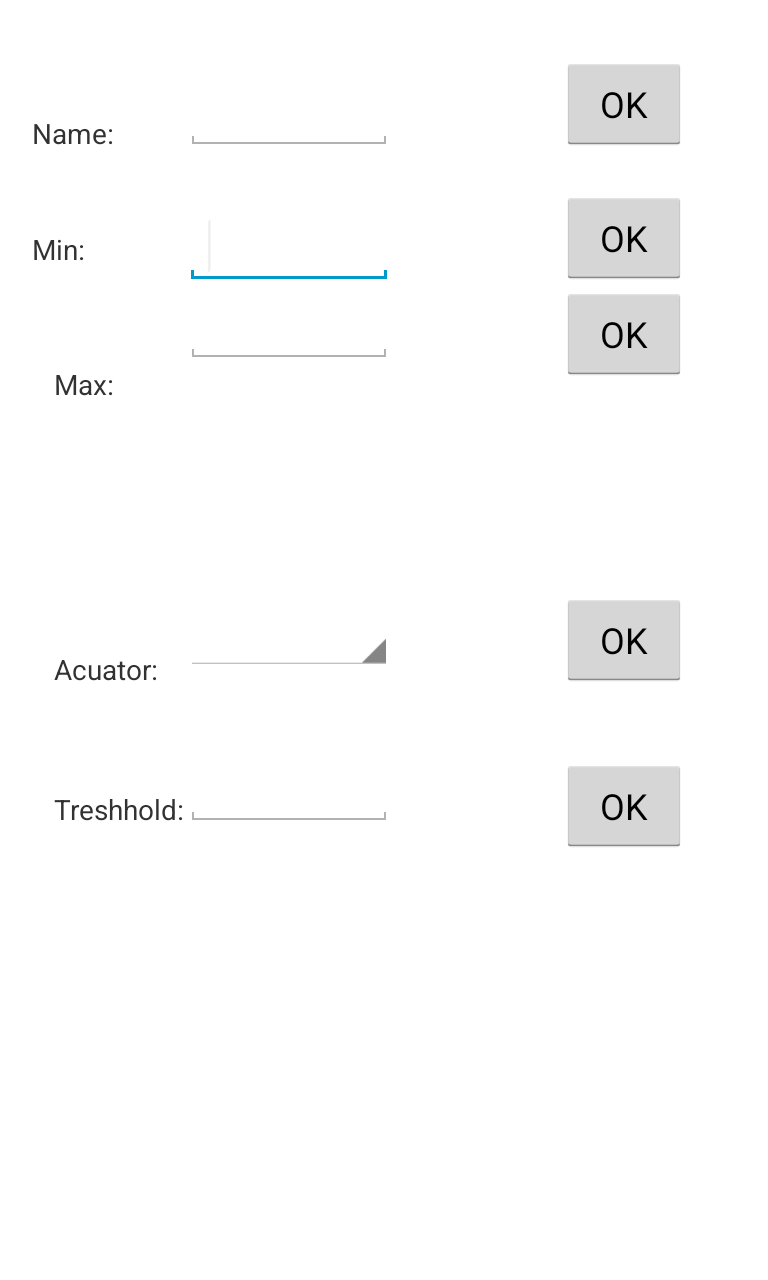
Repository: CTIS-SP-Team5/greenAgent
Layout: Android/GreenAgent/GreenAgent/res/layout/activity_view_setting.xml
The author's editor kept a copy of each file at every save. The layout is drawn from the files as they stood at one save, then again after the next save.
It is drawn on a 768 x 1280 px phone screen (xhdpi) without system bars, with theme AppTheme; the app's code is not run.

Above is the layout before, as saved 2014-05-05 18:12:28.

### Android/GreenAgent/GreenAgent/res/layout/activity_view_setting.xml
<RelativeLayout xmlns:android="http://schemas.android.com/apk/res/android"
    xmlns:tools="http://schemas.android.com/tools"
    android:layout_width="match_parent"
    android:layout_height="match_parent"
    android:paddingBottom="@dimen/activity_vertical_margin"
    android:paddingLeft="@dimen/activity_horizontal_margin"
    android:paddingRight="@dimen/activity_horizontal_margin"
    android:paddingTop="@dimen/activity_vertical_margin"
    tools:context=".ViewSettingActivity" >

    <TextView
        android:id="@+id/textView1"
        android:layout_width="wrap_content"
        android:layout_height="wrap_content"
        android:layout_alignLeft="@+id/textView2"
        android:layout_below="@+id/textView2"
        android:layout_marginTop="39dp"
        android:text="Min:" />

    <TextView
        android:id="@+id/textView2"
        android:layout_width="wrap_content"
        android:layout_height="wrap_content"
        android:layout_alignParentTop="true"
        android:layout_marginTop="41dp"
        android:text="Name:" />

    <EditText
        android:id="@+id/editText1"
        android:layout_width="wrap_content"
        android:layout_height="wrap_content"
        android:layout_alignBottom="@+id/textView2"
        android:layout_toRightOf="@+id/textView5"
        android:ems="5" />

    <EditText
        android:id="@+id/editText2"
        android:layout_width="wrap_content"
        android:layout_height="wrap_content"
        android:layout_alignBaseline="@+id/textView1"
        android:layout_alignBottom="@+id/textView1"
        android:layout_alignLeft="@+id/editText1"
        android:ems="5" >

        <requestFocus />
    </EditText>

    <Spinner
        android:id="@+id/spinner1"
        android:layout_width="wrap_content"
        android:layout_height="wrap_content"
        android:layout_alignLeft="@+id/editText5"
        android:layout_alignRight="@+id/editText5"
        android:layout_centerVertical="true" />

    <Button
        android:id="@+id/button2"
        android:layout_width="wrap_content"
        android:layout_height="wrap_content"
        android:layout_alignBottom="@+id/editText2"
        android:layout_alignLeft="@+id/button1"
        android:text="OK" />

    <Button
        android:id="@+id/button1"
        android:layout_width="wrap_content"
        android:layout_height="wrap_content"
        android:layout_alignBottom="@+id/editText1"
        android:layout_alignParentRight="true"
        android:layout_marginRight="24dp"
        android:text="OK" />

    <Button
        android:id="@+id/button5"
        android:layout_width="wrap_content"
        android:layout_height="wrap_content"
        android:layout_alignBaseline="@+id/textView5"
        android:layout_alignBottom="@+id/textView5"
        android:layout_alignLeft="@+id/button4"
        android:text="OK" />

    <Button
        android:id="@+id/button4"
        android:layout_width="wrap_content"
        android:layout_height="wrap_content"
        android:layout_alignLeft="@+id/button3"
        android:layout_centerVertical="true"
        android:text="OK" />

    <EditText
        android:id="@+id/editText5"
        android:layout_width="wrap_content"
        android:layout_height="wrap_content"
        android:layout_alignBottom="@+id/textView5"
        android:layout_alignLeft="@+id/editText3"
        android:ems="5" />

    <TextView
        android:id="@+id/textView4"
        android:layout_width="wrap_content"
        android:layout_height="wrap_content"
        android:layout_alignBottom="@+id/button4"
        android:layout_alignLeft="@+id/textView3"
        android:text="Acuator:" />

    <TextView
        android:id="@+id/textView5"
        android:layout_width="wrap_content"
        android:layout_height="wrap_content"
        android:layout_alignLeft="@+id/textView4"
        android:layout_below="@+id/spinner1"
        android:layout_marginTop="59dp"
        android:text="Treshhold:" />

    <EditText
        android:id="@+id/editText3"
        android:layout_width="wrap_content"
        android:layout_height="wrap_content"
        android:layout_alignLeft="@+id/editText2"
        android:layout_below="@+id/editText2"
        android:ems="5" />

    <Button
        android:id="@+id/button3"
        android:layout_width="wrap_content"
        android:layout_height="wrap_content"
        android:layout_alignLeft="@+id/button2"
        android:layout_below="@+id/button2"
        android:text="OK" />

    <TextView
        android:id="@+id/textView3"
        android:layout_width="wrap_content"
        android:layout_height="wrap_content"
        android:layout_alignRight="@+id/textView2"
        android:layout_below="@+id/editText3"
        android:text="Max:" />

</RelativeLayout>

Loaded but not shown: Android/GreenAgent/GreenAgent/res/values/styles.xml (common file); Android/GreenAgent/GreenAgent/res/values-v11/styles.xml (common file); Android/GreenAgent/GreenAgent/res/values-v14/styles.xml (common file); Android/GreenAgent/GreenAgent/res/values/dimens.xml (common file)

After the next save:
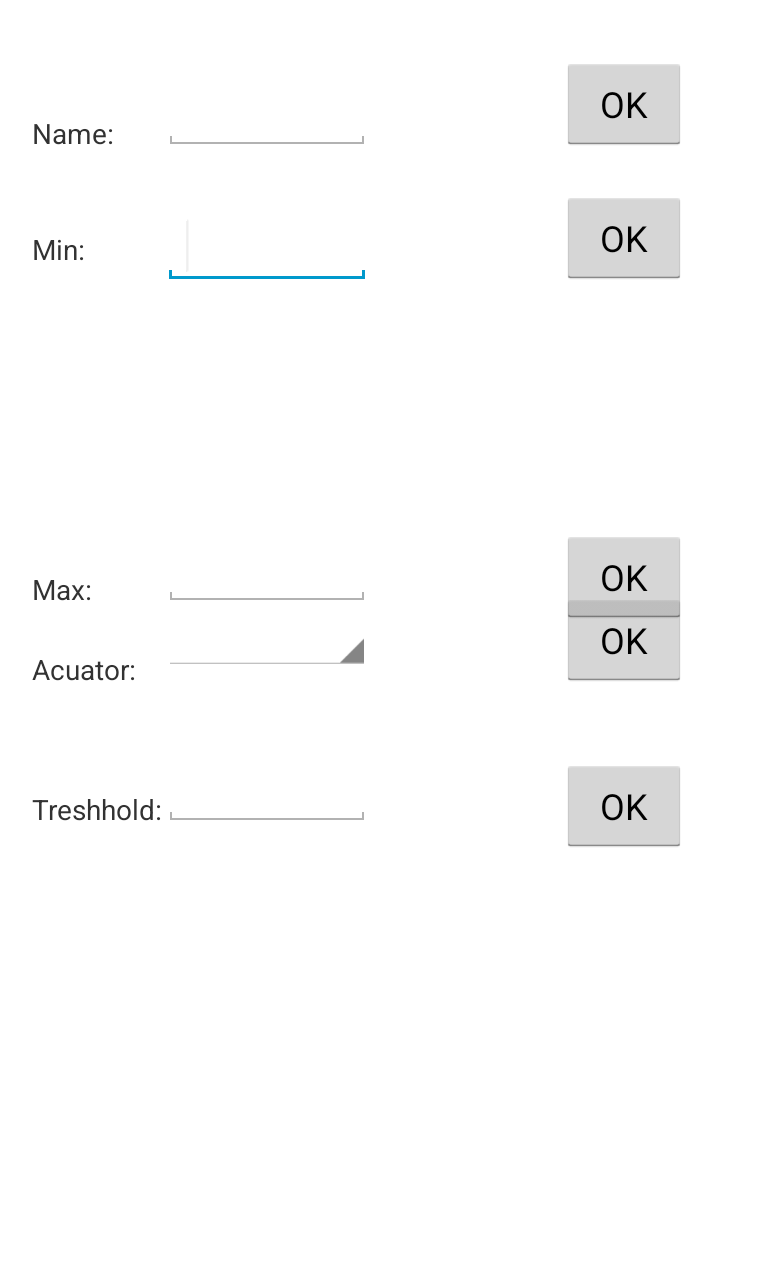
Saved 50 s later.
--- a/Android/GreenAgent/GreenAgent/res/layout/activity_view_setting.xml
+++ b/Android/GreenAgent/GreenAgent/res/layout/activity_view_setting.xml
@@ -116,24 +116,24 @@
         android:id="@+id/editText3"
         android:layout_width="wrap_content"
         android:layout_height="wrap_content"
+        android:layout_above="@+id/spinner1"
         android:layout_alignLeft="@+id/editText2"
-        android:layout_below="@+id/editText2"
         android:ems="5" />
+
+    <TextView
+        android:id="@+id/textView3"
+        android:layout_width="wrap_content"
+        android:layout_height="wrap_content"
+        android:layout_above="@+id/spinner1"
+        android:layout_alignLeft="@+id/textView1"
+        android:text="Max:" />
 
     <Button
         android:id="@+id/button3"
         android:layout_width="wrap_content"
         android:layout_height="wrap_content"
         android:layout_alignLeft="@+id/button2"
-        android:layout_below="@+id/button2"
+        android:layout_alignTop="@+id/editText3"
         android:text="OK" />
 
-    <TextView
-        android:id="@+id/textView3"
-        android:layout_width="wrap_content"
-        android:layout_height="wrap_content"
-        android:layout_alignRight="@+id/textView2"
-        android:layout_below="@+id/editText3"
-        android:text="Max:" />
-
 </RelativeLayout>
